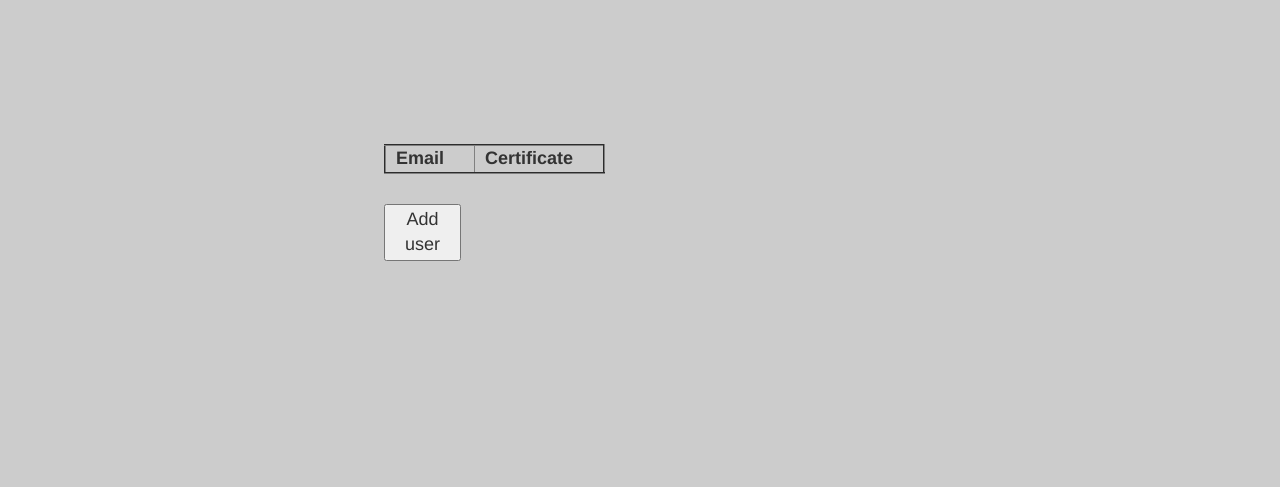
Repository: marijabroceta/ProjekatIB
Page: IB_Project_Shell/src/main/resources/static/main_page.html
These files come from the project's save history. The page is drawn as it stood at one moment and after the next save; the edit follows.
The browser window is 1280 px wide. The pictures show the whole page.
The page's requests for data from a server got no answer.

Above is the page before, as saved 2018-06-30 10:27:30.

After the next save:
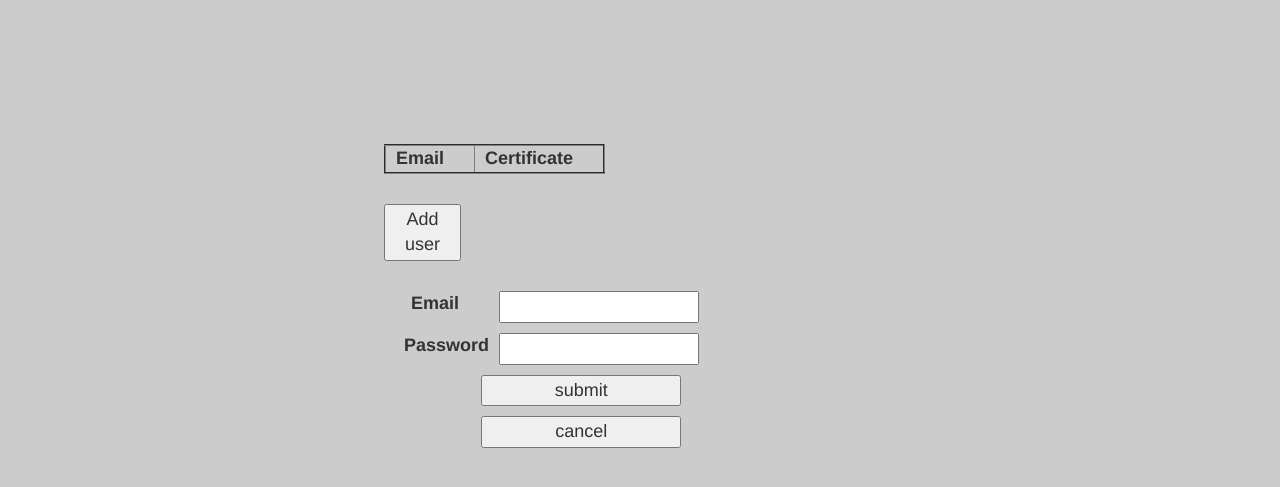
Console error: SyntaxError: Unexpected string
Saved 3 min 50 s later.
--- a/IB_Project_Shell/src/main/resources/static/js/main_page.js
+++ b/IB_Project_Shell/src/main/resources/static/js/main_page.js
@@ -7,13 +7,9 @@
 
 	$.ajax({
 
-		beforeSend : function(xhr) {
-            xhr.setRequestHeader("Accept", "application/json");
-            xhr.setRequestHeader("Content-Type", "application/json");
-            xhr.setRequestHeader("Access-Control-Allow-Origin", "https://localhost:8443");
-            xhr.setRequestHeader("Authorization", "Bearer " + token);
-            xhr.setRequestHeader("Access-Control-Allow-Credentials",false);
-		},
+		headers:{"Authorization" :"Bearer " + token
+			"Access-Control-Allow-Origin": "https://localhost:8443"},
+		contentType: 'application/json',
 		type: 'GET',
 		dataType:'json',
 		crossDomain: true,

After the save that followed:
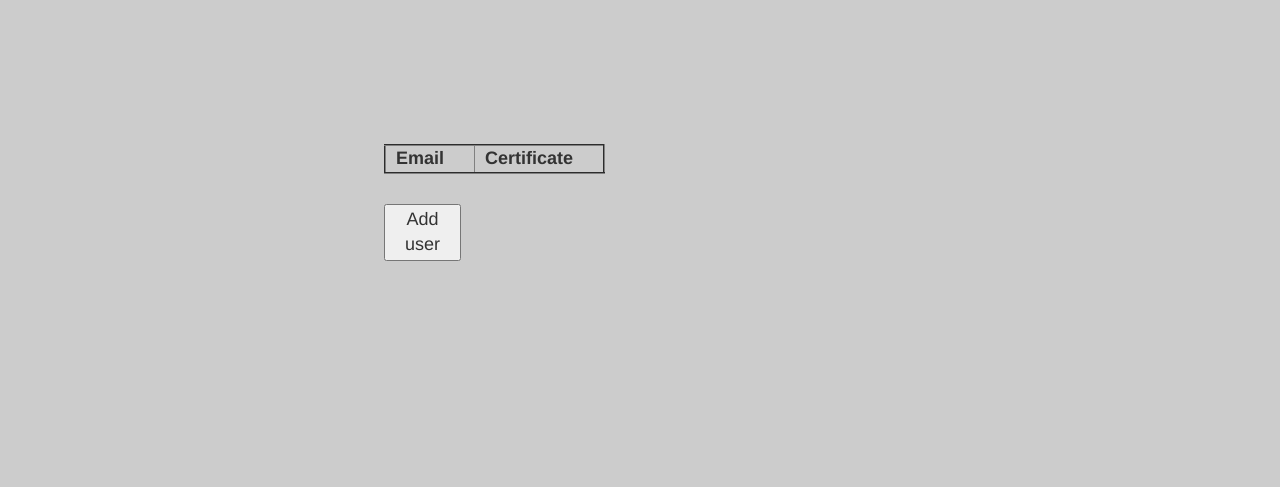
The error is gone.
Saved 32 s later.
--- a/IB_Project_Shell/src/main/resources/static/js/main_page.js
+++ b/IB_Project_Shell/src/main/resources/static/js/main_page.js
@@ -7,7 +7,7 @@
 
 	$.ajax({
 
-		headers:{"Authorization" :"Bearer " + token
+		headers:{"Authorization" :"Bearer " + token,
 			"Access-Control-Allow-Origin": "https://localhost:8443"},
 		contentType: 'application/json',
 		type: 'GET',
